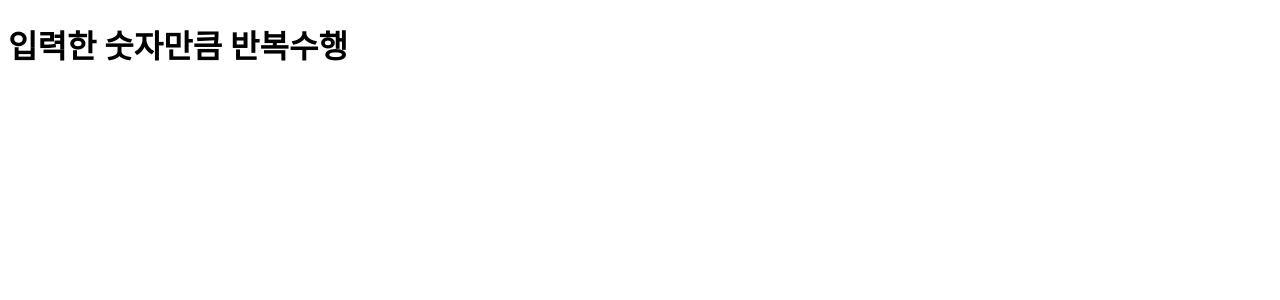
Repository: BangHoJung/jsp
Page: http://localhost/Step02/1229/quest_p205_process.jsp
These files come from the project's save history. The page is drawn as it stood at one moment and after the next save; the edit follows.
The browser window is 1280 px wide. The pictures show the whole page.
The page is served by Tomcat 9.

Above is the page before, as saved 2020-12-29 03:23:18.

After the next save:
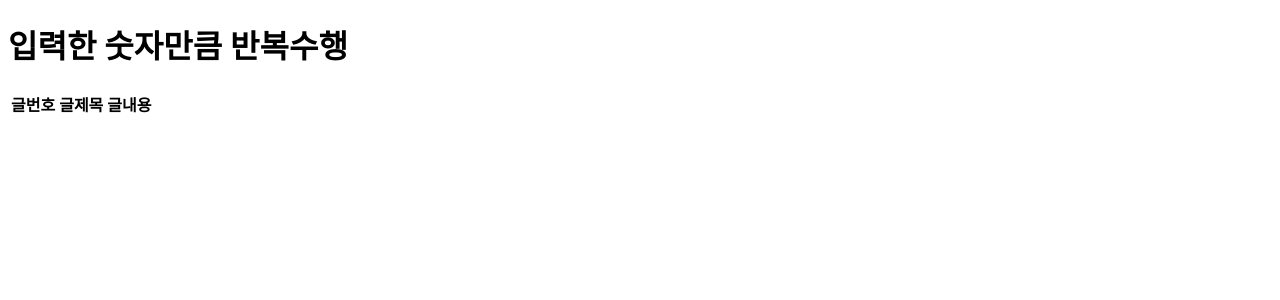
Saved 62 s later.
--- a/Step02/WebContent/1229/quest_p205_process.jsp
+++ b/Step02/WebContent/1229/quest_p205_process.jsp
@@ -8,5 +8,13 @@
 </head>
 <body>
 	<h1>입력한 숫자만큼 반복수행</h1>
+	<table>
+		<tr>
+			<th>글번호</th>
+			<th>글제목</th>
+			<th>글내용</th>
+		</tr>
+	</table>
+
 </body>
 </html>
